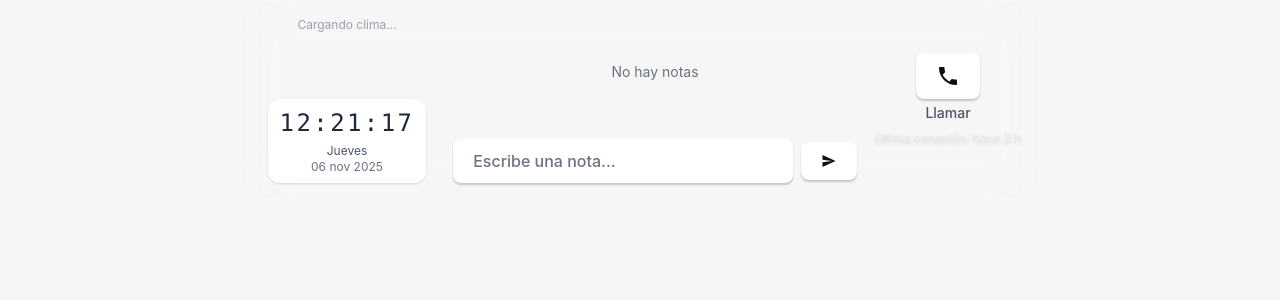
Repository: CodeByEvans/my-romantic-widget
Page: /
An editor plug-in stored every save of this project. The page is shown before and after the next save, followed by the edit.
The browser window is 1280 px wide. The pictures show the whole page.
The page's requests for data from a server got no answer. The project was rebuilt for these pictures with package versions that can differ from the ones it lists, and the page was loaded fresh each time. No one was signed in, and anything a server would have sent is missing. Also part of the build but not shown: vite.config.ts.

Above is the page before, as saved 2025-11-06 13:01:22.

### src/App.tsx
import "./App.css";
import { Clock } from "./components/Clock";
import { WeatherWidget } from "./components/WeatherWidget";
import { NotesList } from "./components/NotesList";
import { NoteInput } from "./components/NoteInput";
import { CallButton } from "./components/CallButton";

function App() {
  return (
    <main
      className="w-[800px] h-[200px] mx-auto flex items-center justify-between gap-4
                      backdrop-blur-xl backdrop-saturate-150
                     border border-white/30 rounded-2xl  p-4
                     text-gray-800"
    >
      {/* Clima + Reloj */}
      <section className="flex flex-col justify-between items-center h-full w-[180px]">
        <WeatherWidget />
        <Clock />
      </section>

      {/* Notas + input */}
      <section className="flex flex-col justify-between h-full flex-1">
        <NotesList />
        <NoteInput />
      </section>

      {/* Llamada */}
      <section className="flex flex-col justify-center items-center h-full w-[150px]">
        <CallButton />
        <p className="text-xs text-gray-200 mt-2 drop-shadow-sm">
          Última conexión: hace 2 h
        </p>
      </section>
    </main>
  );
}

export default App;

### src/App.css
@import "tailwindcss";

.logo.vite:hover {
  filter: drop-shadow(0 0 2em #747bff);
}

.logo.react:hover {
  filter: drop-shadow(0 0 2em #61dafb);
}
:root {
  font-family: Inter, Avenir, Helvetica, Arial, sans-serif;
  font-size: 16px;
  line-height: 24px;
  font-weight: 400;

  color: #0f0f0f;
  background-color: #f6f6f6;

  font-synthesis: none;
  text-rendering: optimizeLegibility;
  -webkit-font-smoothing: antialiased;
  -moz-osx-font-smoothing: grayscale;
  -webkit-text-size-adjust: 100%;
}

.container {
  margin: 0;
  padding-top: 10vh;
  display: flex;
  flex-direction: column;
  justify-content: center;
  text-align: center;
}

.logo {
  height: 6em;
  padding: 1.5em;
  will-change: filter;
  transition: 0.75s;
}

.logo.tauri:hover {
  filter: drop-shadow(0 0 2em #24c8db);
}

.row {
  display: flex;
  justify-content: center;
}

a {
  font-weight: 500;
  color: #646cff;
  text-decoration: inherit;
}

a:hover {
  color: #535bf2;
}

h1 {
  text-align: center;
}

input,
button {
  border-radius: 8px;
  border: 1px solid transparent;
  padding: 0.6em 1.2em;
  font-size: 1em;
  font-weight: 500;
  font-family: inherit;
  color: #0f0f0f;
  background-color: #ffffff;
  transition: border-color 0.25s;
  box-shadow: 0 2px 2px rgba(0, 0, 0, 0.2);
}

button {
  cursor: pointer;
}

button:hover {
  border-color: #396cd8;
}
button:active {
  border-color: #396cd8;
  background-color: #e8e8e8;
}

input,
button {
  outline: none;
}

#greet-input {
  margin-right: 5px;
}

@media (prefers-color-scheme: dark) {
  :root {
    color: #f6f6f6;
    background-color: #2f2f2f;
  }

  a:hover {
    color: #24c8db;
  }

  input,
  button {
    color: #ffffff;
    background-color: #0f0f0f98;
  }
  button:active {
    background-color: #0f0f0f69;
  }
}

### src/components/Clock.tsx
import { useEffect, useState } from "react";

export const Clock = () => {
  const [time, setTime] = useState(new Date());

  useEffect(() => {
    const interval = setInterval(() => {
      setTime(new Date());
    }, 1000);
    return () => clearInterval(interval);
  }, []);

  const hours = time.getHours().toString().padStart(2, "0");
  const minutes = time.getMinutes().toString().padStart(2, "0");
  const seconds = time.getSeconds().toString().padStart(2, "0");

  const day = time.toLocaleDateString("es-ES", { weekday: "long" });
  const date = time.toLocaleDateString("es-ES", {
    day: "2-digit",
    month: "short",
    year: "numeric",
  });

  return (
    <div className="bg-white rounded-xl shadow-sm px-3 py-2 flex flex-col items-center justify-center">
      <p className="text-2xl font-mono tracking-widest text-gray-800">
        {hours}:{minutes}:{seconds}
      </p>
      <p className="text-xs text-gray-600 mt-1 capitalize">{day}</p>
      <p className="text-xs text-gray-500">{date}</p>
    </div>
  );
};

### src/components/WeatherWidget.tsx
import { useWeather } from "../hooks/useWeather";

export const WeatherWidget = () => {
  const { data, loading, errorWeather } = useWeather();

  if (errorWeather)
    return <div className="text-xs text-red-400">{errorWeather}</div>;
  if (loading || !data)
    return <div className="text-xs text-gray-400">Cargando clima...</div>;

  const [city, info] = Object.entries(data)[0] || [];
  const temp = Math.round(info.main.temp);

  return (
    <div className="flex flex-col items-center justify-center bg-white rounded-xl shadow-sm px-3 py-2 w-[150px]">
      <h2 className="text-xs font-semibold text-gray-700">{city}</h2>
      <p className="text-2xl font-bold text-gray-800">{temp}°C</p>
    </div>
  );
};

### src/components/NotesList.tsx
import { useRealTimeNotes } from "../hooks/useRealTimeNotes";

export const NotesList = () => {
  const notes = useRealTimeNotes();

  const sortedNotes = [...notes].sort(
    (a, b) =>
      new Date(b.created_at).getTime() - new Date(a.created_at).getTime()
  );

  const noteToShow = sortedNotes[0];
  if (!noteToShow)
    return (
      <div className="flex items-center justify-center h-[110px] text-gray-500 text-sm">
        No hay notas
      </div>
    );

  return (
    <div className="bg-white rounded-xl backdrop-blur-sm shadow-inner p-3 h-[110px] overflow-hidden">
      <div className="flex justify-between items-center mb-1">
        <h3 className="font-semibold text-sm text-gray-700">
          {noteToShow.from}
        </h3>
        <small className="text-xs text-gray-400">
          {new Date(noteToShow.created_at).toLocaleString()}
        </small>
      </div>
      <p className="text-gray-700 text-sm italic line-clamp-3">
        {noteToShow.message}
      </p>
    </div>
  );
};

### src/components/NoteInput.tsx
import { IoMdSend } from "react-icons/io";

export const NoteInput = () => {
  return (
    <form className="flex items-center gap-2 mt-2">
      <input
        type="text"
        placeholder="Escribe una nota..."
        className="flex-1 text-sm px-3 py-2 rounded-lg bg-white text-gray-800 placeholder-gray-500 focus:outline-none focus:ring-2 focus:ring-blue-300 transition-all"
      />
      <button
        type="submit"
        className="p-2 bg-blue-500 rounded-full text-white hover:bg-blue-600 transition-colors"
      >
        <IoMdSend size={16} />
      </button>
    </form>
  );
};

### src/components/CallButton.tsx
import { IoMdCall } from "react-icons/io";

export const CallButton = () => {
  return (
    <div className="flex flex-col items-center justify-center">
      <button className="p-4 bg-green-500 text-white rounded-full shadow-md hover:bg-green-600 hover:scale-105 transition-transform">
        <IoMdCall size={24} />
      </button>
      <p className="text-sm text-gray-600 mt-1 font-medium">Llamar</p>
    </div>
  );
};

### src/hooks/useWeather.ts
import { useEffect, useState } from "react";
import {
  getCityByCoordinates,
  getWeatherByCity,
} from "../services/weatherService";
import { WeatherData } from "../types/weather";
import { useGeolocation } from "./useGeolocation";

export const useWeather = () => {
  const { coords, error } = useGeolocation();
  const [data, setData] = useState<Record<string, WeatherData> | null>(null);
  const [loading, setLoading] = useState<boolean>(false);
  const [errorWeather, setErrorWeather] = useState<string | null>(null);

  useEffect(() => {
    if (error) setErrorWeather(error);
  }, [error]);

  useEffect(() => {
    if (!coords) return;

    const fetchWeather = async () => {
      setLoading(true);
      try {
        const city = await getCityByCoordinates(
          coords.latitude,
          coords.longitude
        );
        const weather = await getWeatherByCity(city[0].name);
        setData({ [city[0].name]: weather });
      } catch (error) {
        console.error(error);
      } finally {
        setLoading(false);
      }
    };

    fetchWeather();
  }, [coords]);

  return { data, loading, errorWeather };
};

### src/hooks/useRealTimeNotes.ts
import { useEffect, useState } from "react";
import z from "zod";
import { supabase } from "../services/supabaseClient";

const noteSchema = z.object({
  id: z.number(),
  from: z.string(),
  message: z.string(),
  created_at: z.string(),
});

type Note = z.infer<typeof noteSchema>;

export const useRealTimeNotes = () => {
  const [notes, setNotes] = useState<Note[]>([]);

  useEffect(() => {
    // Cargar notas iniciales
    supabase
      .from<"notes", Note>("notes")
      .select("*")
      .then(({ data, error }) => {
        if (data) {
          setNotes(data);
          console.log("Notas cargadas:", data);
        } else {
          console.error("Error fetching notes:", error);
        }
      });

    // Suscripción en tiempo real
    const channel = supabase
      .channel("public:notes")
      .on(
        "postgres_changes",
        { event: "*", schema: "public", table: "notes" },
        (payload) => {
          console.log("Cambio dettectado:", payload);

          if (payload.eventType === "INSERT") {
            const newNote = noteSchema.parse(payload.new);
            setNotes((prevNotes) => [...prevNotes, newNote]);
            console.log("Nota añadida:", newNote);
          } else if (payload.eventType === "UPDATE") {
            setNotes((prev) =>
              prev.map((note) =>
                note.id === payload.new.id
                  ? noteSchema.parse(payload.new)
                  : note
              )
            );
          } else if (payload.eventType === "DELETE") {
            setNotes((prev) =>
              prev.filter((note) => note.id !== payload.old.id)
            );
          }
        }
      )
      .subscribe();

    return () => {
      supabase.removeChannel(channel);
    };
  }, []);

  return notes;
};

### src/services/weatherService.ts
import { envs } from "../config/envs";

export const getWeatherByCity = async (city: string) => {
  const response = await fetch(
    `https://api.openweathermap.org/data/2.5/weather?q=${city}&appid=${envs.openWeatherApiKey}&units=metric`
  );

  if (!response.ok) {
    throw new Error("No se pudo obtener el clima");
  }
  return response.json();
};

export const getCityByCoordinates = async (lat: number, lon: number) => {
  const response = await fetch(
    `https://api.openweathermap.org/geo/1.0/reverse?lat=${lat}&lon=${lon}&limit=1&appid=${envs.openWeatherApiKey}`
  );

  if (!response.ok) {
    throw new Error("No se pudo obtener la ciudad");
  }

  return response.json();
};

### src/hooks/useGeolocation.ts
import { useEffect, useState } from "react";

export const useGeolocation = () => {
  const [coords, setCoords] = useState<{
    latitude: number;
    longitude: number;
  } | null>(null);
  const [error, setError] = useState<string | null>(null);

  useEffect(() => {
    if (!navigator.geolocation) {
      setError("Geolocalización no soportada por el navegador");
      return;
    }

    navigator.geolocation.getCurrentPosition(
      (position) => {
        setCoords({
          latitude: position.coords.latitude,
          longitude: position.coords.longitude,
        });
      },
      (err) => {
        setError(`Error obteniendo la geolocalización: ${err.message}`);
      }
    );
  }, []);

  return { coords, error };
};

### src/services/supabaseClient.ts
import { createClient } from "@supabase/supabase-js";
import { envs } from "../config/envs";

export const supabase = createClient(envs.supabaseUrl, envs.supabaseAnonKey, {
  realtime: {
    params: {
      eventsPerSecond: 10,
    },
  },
});

### src/config/envs.ts
import * as z from "zod";

const envSchema = z.object({
  VITE_SUPABASE_URL: z.string().url(),
  VITE_SUPABASE_ANON_KEY: z.string().min(1),
  VITE_OPEN_WEATHER_API_KEY: z.string().min(1),
});

const parsed = envSchema.parse(import.meta.env);

export const envs = {
  supabaseUrl: parsed.VITE_SUPABASE_URL,
  supabaseAnonKey: parsed.VITE_SUPABASE_ANON_KEY,
  openWeatherApiKey: parsed.VITE_OPEN_WEATHER_API_KEY,
};

Loaded but not shown: index.html (common file); src/main.tsx (common file)

After the next save:
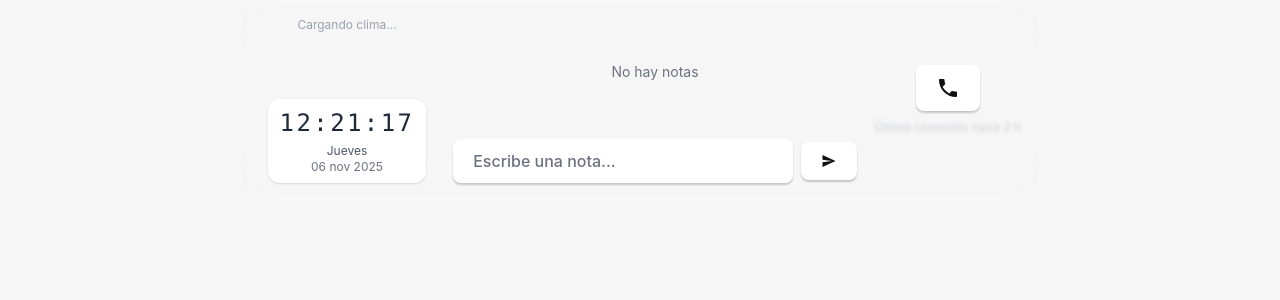
Saved 22 s later.
--- a/src/components/CallButton.tsx
+++ b/src/components/CallButton.tsx
@@ -6,7 +6,6 @@ export const CallButton = () => {
       <button className="p-4 bg-green-500 text-white rounded-full shadow-md hover:bg-green-600 hover:scale-105 transition-transform">
         <IoMdCall size={24} />
       </button>
-      <p className="text-sm text-gray-600 mt-1 font-medium">Llamar</p>
     </div>
   );
 };
